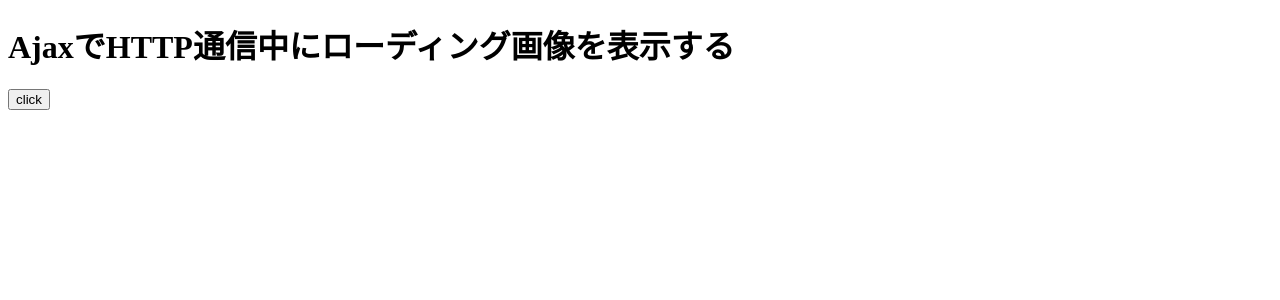
Repository: nguyenvantandev/WebApp
Page: http://localhost/AjaxExample/
An editor plug-in stored every save of this project. The page is shown before and after the next save, followed by the edit.
The browser window is 1280 px wide. The pictures show the whole page.
Some web libraries are served in a nearby version. The page is served by Tomcat 9.

Above is the page before, as saved 2016-06-23 01:39:17.

After the next save:
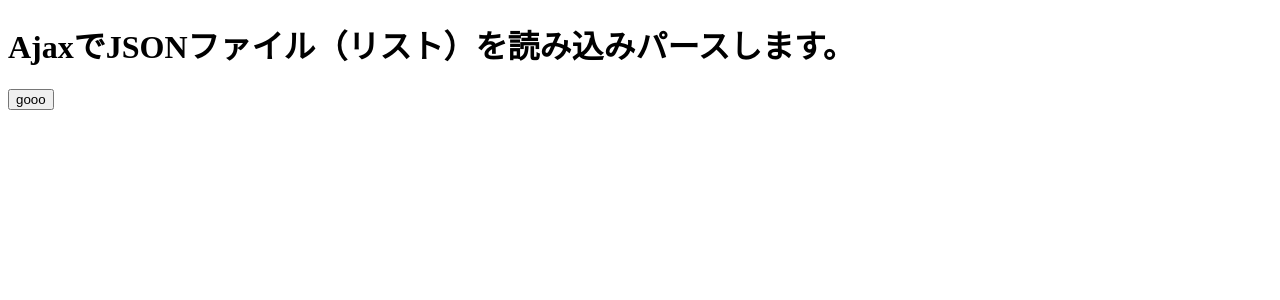
Saved 2 h 32 min later.
--- a/AjaxExample/WebContent/example.jsp
+++ b/AjaxExample/WebContent/example.jsp
@@ -13,36 +13,49 @@
 <script type="text/javascript">
     $( function() {
         $( '#ajax-button' ) .click(
-        function() {
-            $("#loading").html("<img src='./gif-load.gif'/>");
-            $.ajax({
-              url: 'http://localhost:8080/AjaxExample/',
-              type:'GET',
-              dataType: 'jsonp',
-              timeout:10000,
-              success: function(data) {
-                           alert("ok");
-                       },
-              error: function(data) {
-                           alert("ng");
-                     },
-              complete : function(data) {
-                          $("#loading").empty();
-                          $("#loading").html("<p>通信終了</p>");
-                     }
-            });
-        });
+            function() {
+                $.ajax( {
+                    url: 'sample_list.json',
+                    dataType : 'json',
+                    success: function( data ) {
+                        var message = jsonParser(data);
+                        $( '#sample-result' ).html( message );
+                    },
+                    error: function( data ) {
+                        $( '#sample-result' ).html( '<font color="red">読み込みNG(ChromeではNG)</font>' );
+                    }
+                } );
+            }
+        );
     } );
+
+    /*
+    * JSONデータ（リスト）をパースする関数です。
+    */
+    function jsonParser(data) {
+        var message = "";
+        var dataArray = data.error;
+        for(var count in dataArray){
+            message = message + dataArray[count].errorCode;
+            message = message + ' ： ';
+            message = message + dataArray[count].errorMessage;
+            message = message + '<br/>';
+        }
+        return message;
+    }
 </script>
 
 </head>
 
+
 <!-- HTML部分 -->
 <body>
 
-<h1>AjaxでHTTP通信中にローディング画像を表示する</h1>
-<p><input type="button" id="ajax-button" value="click" /> <br />
-<div id="loading" />
+<h1>AjaxでJSONファイル（リスト）を読み込みパースします。</h1>
+<p><input type="button" id="ajax-button" value="gooo" /> <br />
+</p>
+<div id="sample-result"></div>
+
 
 </body>
 </html>
